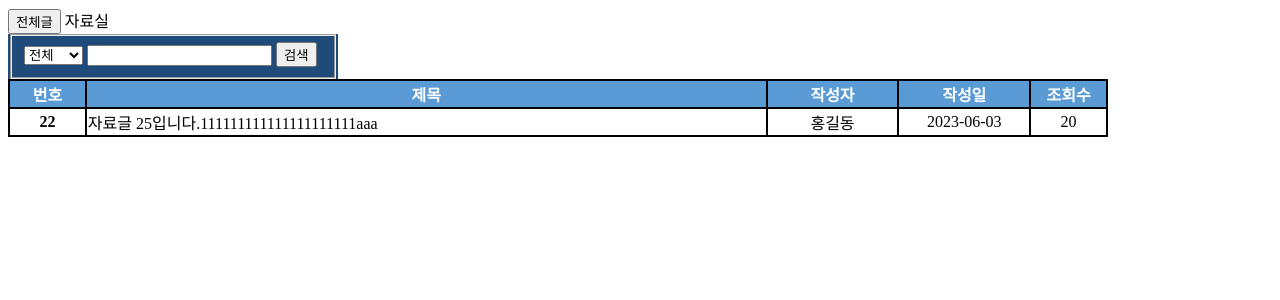
Repository: LJzero-dev/java-study
Page: http://localhost/ktbwos/bbs/request_list.jsp
These files come from the project's save history. The page is drawn as it stood at one moment and after the next save; the edit follows.
The browser window is 1280 px wide. The pictures show the whole page.
The page is served by Tomcat 9. Other server files are loaded and not shown.

Above is the page before, as saved 2023-06-10 13:26:54.

### web/ktbwos/WebContent/bbs/request_list.jsp
<%@ page language="java" contentType="text/html; charset=UTF-8" pageEncoding="UTF-8"%>
<!DOCTYPE html PUBLIC "-//W3C//DTD HTML 4.01 Transitional//EN" "http://www.w3.org/TR/html4/loose.dtd">
<html>
<head>
<meta http-equiv="Content-Type" content="text/html; charset=UTF-8">
<style>
	a:link { color:black; text-decoration:none; }
	a:visited { color:black; text-decoration:none; }
	a:hover { color:black; text-decoration:underline; }
	table, th, td {
	border:2px solid black;
	border-collapse : collapse;
	}
	th { background-color:#5B9BD5; color:white;}
	td { text-align:center;}
</style>
<title>Insert title here</title>
</head>
<body>

<div width="1100">
<div style="width:330px; position: relative;"><input type="button" value="전체글"> 자료실</div><div style="width:330px; background:#1E4B79; position: relative; left:0px;" >
<form name="frmSch">
<fieldset>
		<select name="schtype">
			<option value="all" >전체</option>
			<option value="title" >제목</option>
			<option value="content" >내용</option>
			<option value="writer" >글쓴이</option>
		</select>
		<input type="text" name="keyword" value="" />
		<input type="submit" value="검색" />
</fieldset>
</form>
</div>
	<table width="1100">
		<tr>
			<th width="7%">번호</th><th width="*">제목</th><th width="12%">작성자</th><th width="12%">작성일</th><th width="7%">조회수</th>
		</tr>
		<tr>
			<td><b>22</b></td><td><span style="float:left;">자료글 25입니다.111111111111111111111<a href="">aaa</a></span></td><td>홍길동</td><td>2023-06-03</td><td>20</td>
		</tr>
	</table>

</div>
</body>
</html>

After the next save:
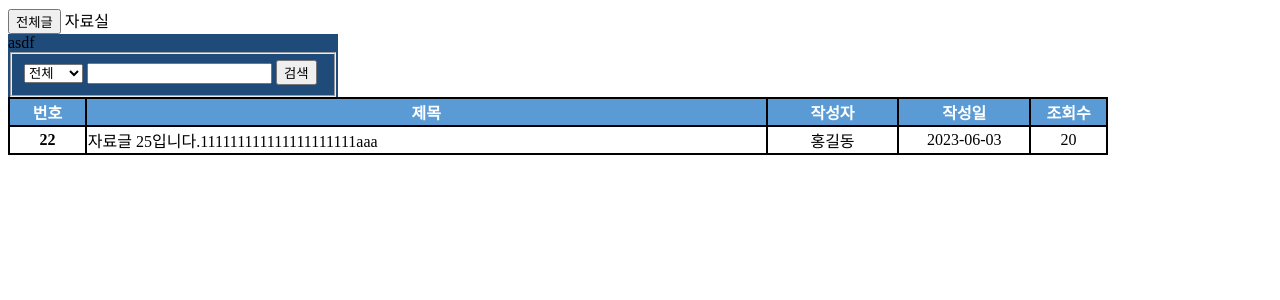
Saved 54 s later.
--- a/web/ktbwos/WebContent/bbs/request_list.jsp
+++ b/web/ktbwos/WebContent/bbs/request_list.jsp
@@ -20,6 +20,7 @@
 
 <div width="1100">
 <div style="width:330px; position: relative;"><input type="button" value="전체글"> 자료실</div><div style="width:330px; background:#1E4B79; position: relative; left:0px;" >
+asdf
 <form name="frmSch">
 <fieldset>
 		<select name="schtype">

After the 2 saves that followed:
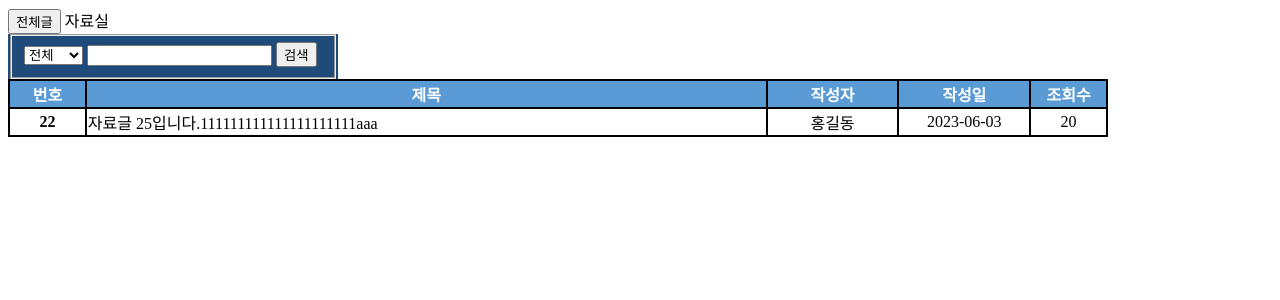
The 2 saves are shown as one change because 1 left the picture as it was.
The last was saved 20 s later.
--- a/web/ktbwos/WebContent/bbs/request_list.jsp
+++ b/web/ktbwos/WebContent/bbs/request_list.jsp
@@ -20,7 +20,6 @@
 
 <div width="1100">
 <div style="width:330px; position: relative;"><input type="button" value="전체글"> 자료실</div><div style="width:330px; background:#1E4B79; position: relative; left:0px;" >
-asdf
 <form name="frmSch">
 <fieldset>
 		<select name="schtype">
